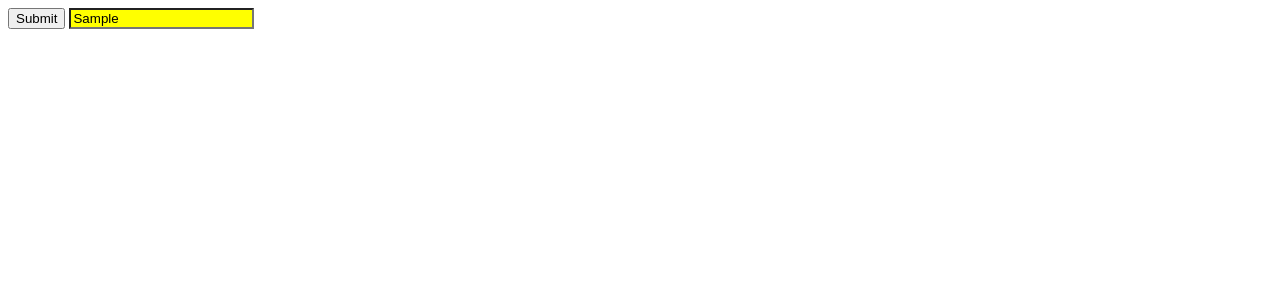
Repository: TeoNogueira/Aulas-Udemy-DevFull-Stack-Por-Jamilton-Damasceno-e-Jorge-Sant-Ana-
Page: public_project/JavaScript/desafio_event.html
The author's editor kept a copy of each file at every save. The page is drawn from the files as they stood at one save, then again after the next save.
The browser window is 1280 px wide. The pictures show the whole page.
Empty fields were first filled with sample values (such as "Sample", 5 or name@example.com).
After loading, the first visible `input` was clicked once.

Above is the page before, as saved 2020-10-28 12:42:31.
Console error: ReferenceError: Cannot access 'prompt' before initialization

After the next save:
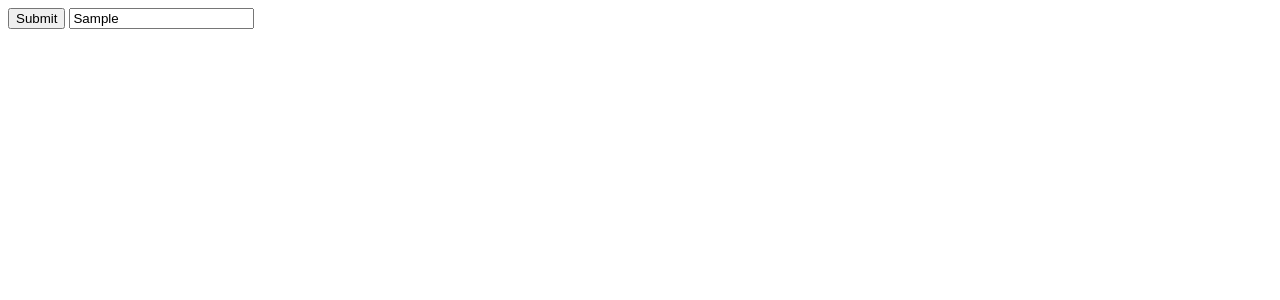
Console error: SyntaxError: missing ) after argument list
Saved 34 s later.
--- a/public_project/JavaScript/desafio_event.html
+++ b/public_project/JavaScript/desafio_event.html
@@ -60,7 +60,7 @@
         function prompt() {
 
 
-            let prompt = prompt('Digite sua Senha:')
+            Alert('Bem-vindo a summoner's rift')
              document.getElementById('yellow')
         }
 

After the save that followed:
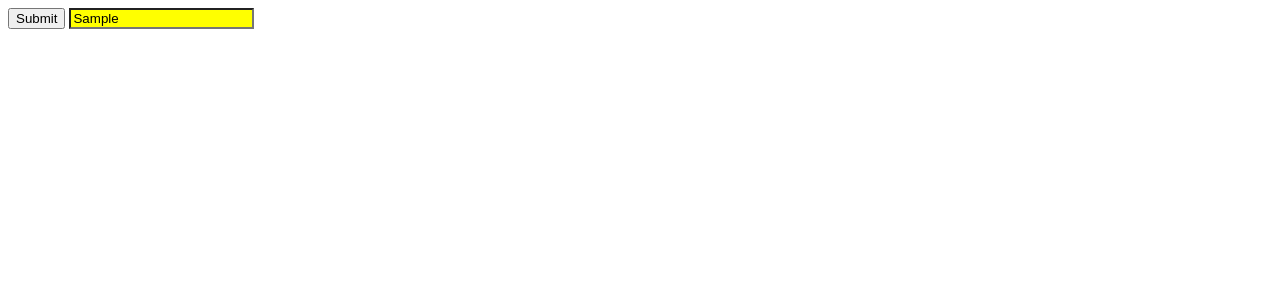
Console error: ReferenceError: Alert is not defined
Saved 12 s later.
--- a/public_project/JavaScript/desafio_event.html
+++ b/public_project/JavaScript/desafio_event.html
@@ -60,7 +60,7 @@
         function prompt() {
 
 
-            Alert('Bem-vindo a summoner's rift')
+            Alert('Bem-vindo a summoners rift')
              document.getElementById('yellow')
         }
 
